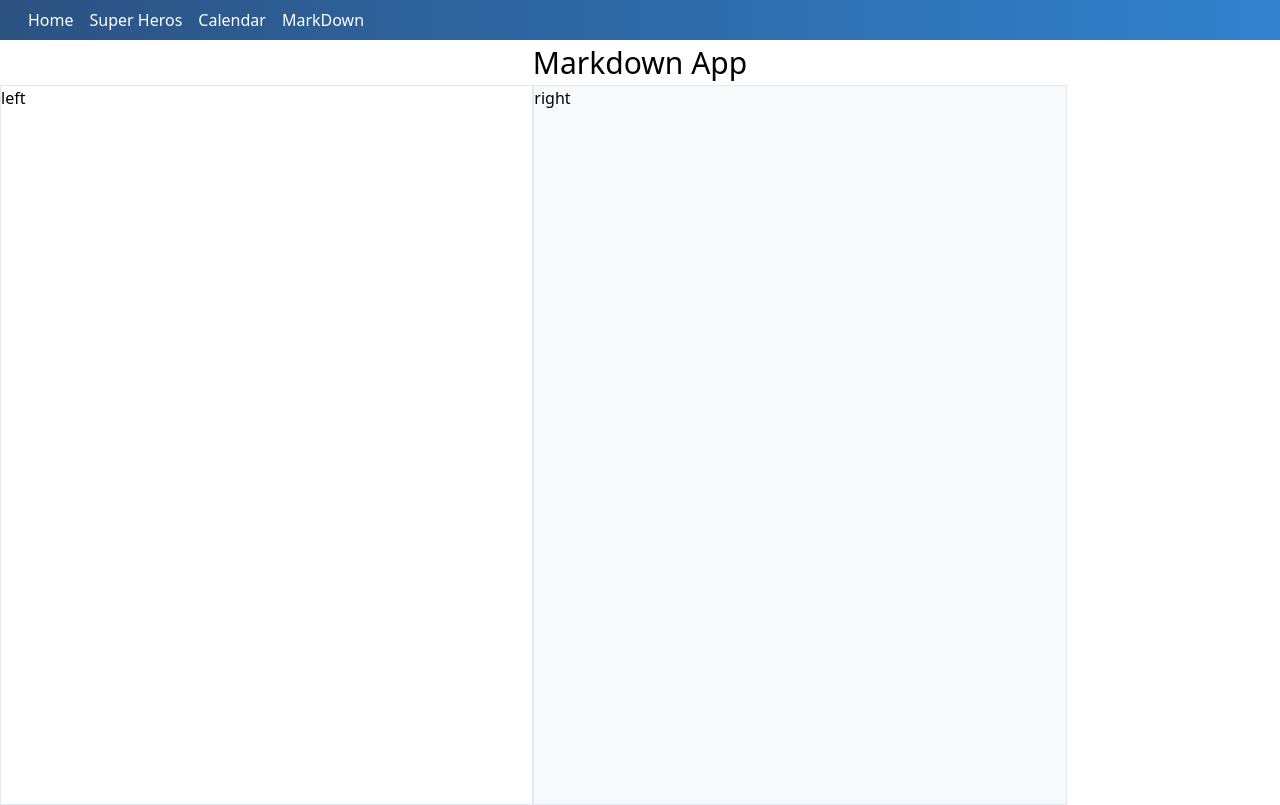
Repository: kshvkndl/VueFullCoursePractice
Page: /markdown
An editor plug-in stored every save of this project. The page is shown before and after the next save, followed by the edit.
The browser window is 1280 px wide. The pictures show the whole page.
The project was rebuilt for these pictures with package versions that can differ from the ones it lists, and the page was loaded fresh each time. Also part of the build but not shown: src/pages/SuperHeros.vue, src/pages/Calender.vue, src/pages/Home.vue.

Above is the page before, as saved 2020-11-19 13:49:36.

After the next save:
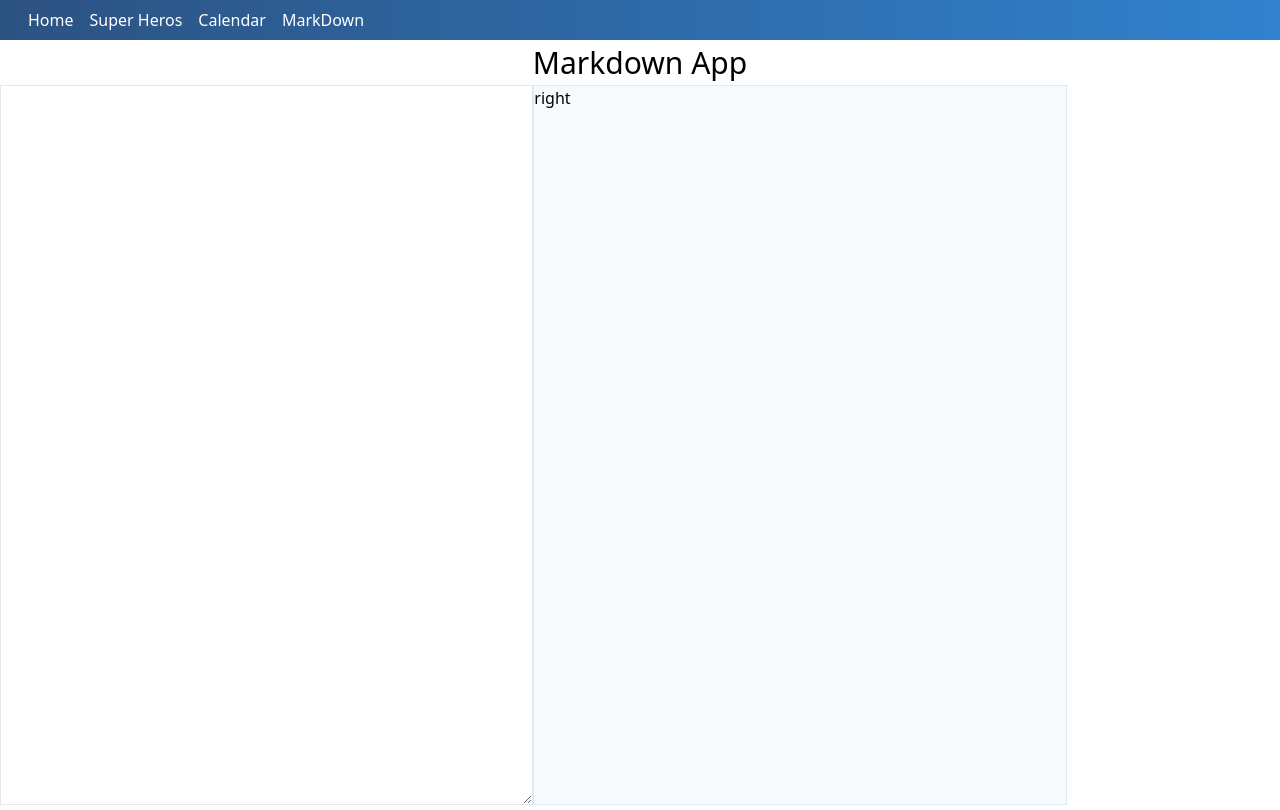
Saved 26 s later.
--- a/src/pages/MarkDown.vue
+++ b/src/pages/MarkDown.vue
@@ -2,7 +2,15 @@
   <div class="flex w-full flex-wrap">
     <h1 class="w-full text-center text-3xl">Markdown App</h1>
     <section class="flex w-10/12 h-screen">
-      <article class="w-1/2 border">left</article>
+      <article class="w-1/2 border">
+        <textarea
+          name=""
+          class="w-full h-full"
+          id=""
+          cols="30"
+          rows="10"
+        ></textarea>
+      </article>
       <article class="w-1/2 border bg-gray-100">right</article>
     </section>
   </div>
